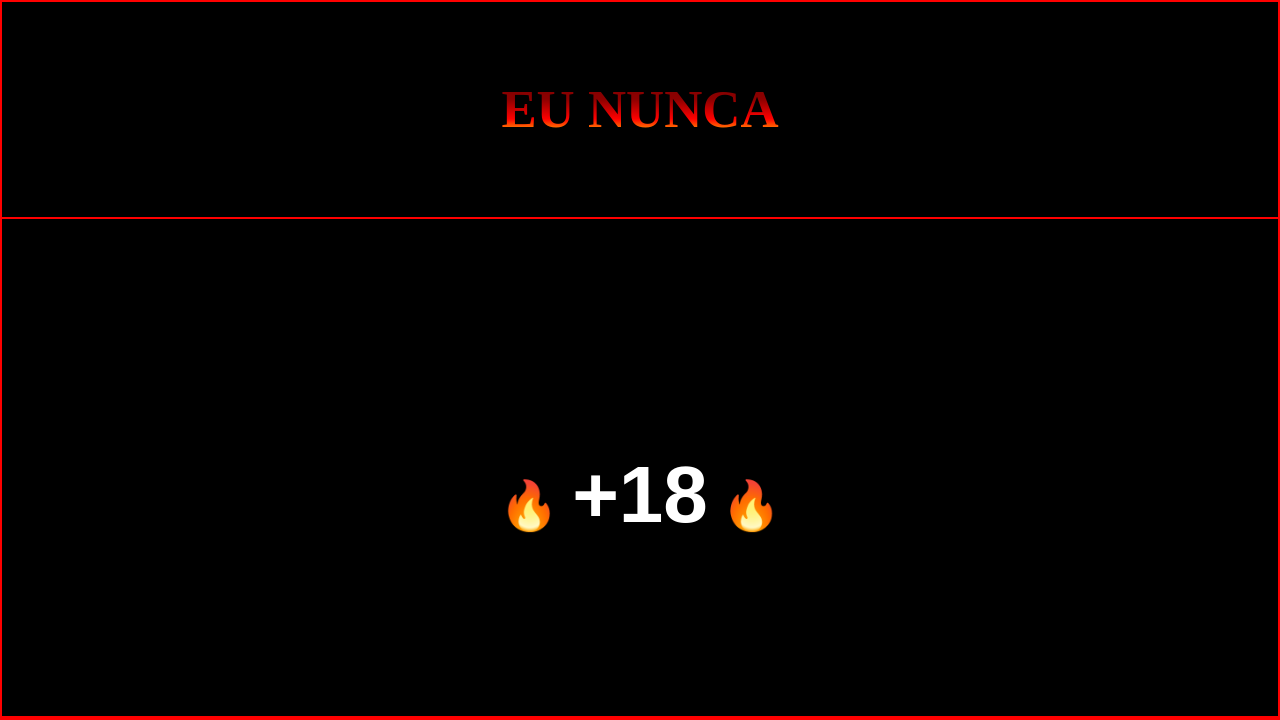
Repository: odiloalmeida/inever
Page: index.html
These files come from the project's save history. The page is drawn as it stood at one moment and after the next save; the edit follows.
The browser window is 1280 px wide. The pictures show the whole page.

Above is the page before, as saved 2023-01-31 22:30:29.

### index.html
<!DOCTYPE html>
<html lang="en">
<head>
    <meta charset="UTF-8">
    <meta http-equiv="X-UA-Compatible" content="IE=edge">
    <meta name="viewport" content="width=device-width, initial-scale=1.0">
    <link rel="icon" type="image/svg+xml" href="https://cdn-icons-png.flaticon.com/512/5181/5181956.png" />
    <link rel="stylesheet" href="./style.css">
    <title>18+ I Never</title>

</head>

<body>
    <div>
        <h1>EU NUNCA</h1>
    </div>
    <button id="myButton" onclick="changeButtonName()">
        <br>
        <span3>&#128293</span3>
        <span2>+18</span2>
        <span3>&#128293</span3>
    </button>
</body>

<script>

    function changeButtonName() {
        var button = document.getElementById("myButton");

        var names = ["Beijei alguém dessa turma",
        "Senti atração por alguém dessa turma",
        "Tomei banho pelado na praia/piscina",
        "Fiquei com um professor",
        "Fiquei com um amigo e me arrependi",
        "Fiquei com um amigo e não disse pra ninguém",
        "Menti sobre ter ficado com uma pessoa",
        "Bebi tanto que beijei alguém que não queria",
        "Bebi tanto que esqueci tudo no outro dia",
        "Vi um nudes de alguém dessa turma",
        "Desejei o namorado(a) de um amigo",
        "Fiquei com alguém por interesse",
        "Acelerei o ato sexual por que o oral estava ruim",
        "Bebi pra ter coragem de chegar numa pessoa",
        "Transei na escola ou faculdade",
        "Transei no chão",
        "Fiz sexo oral enquanto a pessoa trabalhava",
        "Fiz sexo oral enquanto a pessoa dirigia",
        "Usei fantasias sexuais",
        "Usei plug anal",
        "Usei um vibrador",
        "Fiquei com alguém depois neguei pra todo mundo",
        "Disse pra uma pessoa que a amava sem amar",
        "Transei no carro",
        "Broxei no meio do ato sexual",
        "Desisti de ficar com uma pessoa por que ela estava fedendo",
        "Fui chupar e estava fedendo muito e desisti",
        "Me masturbei depois do ato sexual por que não conseguir “chegar lá” com o parceiro",
        "Fiquei com dois amigos ao mesmo tempo sem eles saberem",
        "Parei o ato sexual para ir fazer xixi",
        "Fiz a chuca",
        "Transei na rua",
        "Paguei por sexo",
        "Fiz sexo por dinheiro",
        "Dei um beijo triplo",
        "Voltaria com um ex",
        "Fiquei com uma pessoa em um lugar e logo em seguida fui para outro lugar ficar com outra",
        "Tirei fotos pelado(a)",
        "Fiquei com alguém para fazer ciúme a outro",
        "Sofri por amor",
        "Sofri por ficante",
        "Espiei alguém tomando banho",
        "Tomei banho com alguém",
        "Enfiei o dedo no orifício de alguém (kkkk)",
        "Eu nunca fiquei com um amigo do meu amigo eme arrependi",
        "Eu nunca tive uma DST",
        "Eu já desejei a mãe de um amigo",
        "Eu já desejei o pai de um amigo",
        "Já beixei alguém do mesmo sexo",
        "Já deixei chuparem minha porta dos fundos",
        "Já questionei a minha sexualidade",
        "Já fiz goldenshower",
        "Já desisti do sexo quando vi o tamanho do instrumento",
        "Fumei um",
        "Cheirei cocaina",
        "Usei LSD",
        "Passei comida no parceiro",
        "Troquei o nome da pessoa na hora H",
        "Fiquei com uma pensando em outra",
        "Fatei aula pra ficar com alguém",
        "Menti nesse jogo",
        "Disse que estava doente para nao transar",
        "Fiquei com professor",
        "Fiquei com alguém por gratidão",
        "Tive tara em mãos",
        "Tive tara em pés",
        "Tive tara em ruivas",
        "Fui amordaçado",
        "Fui algemado",
        "Fui chicoteado",
        "Bati de mais em alguém na hora H e fiquei com medo",
        "Vomitei na hora H",
        "Fiz sexo na praia",
        "Fiz sexo na moto",
        "Fiz sexo na bicicleta",
        "Chupei outro por tabela",
        "Fiz oral em um e depois beijei a boca de outro",
        "Transei com 2 ao mesmo tempo",
        "Transei com mais de 3 ao mesmo tempo",
        "Ja fiquei com duas pessoas do mesmo sexo, ao mesmo tempo",
        "Cherei loló",
        "Fumei cigarro",
        "Tive como alcoólico",
        "Tive amnésia alcoólica",
        "Dormi bebado no chão",
        "Mijei em mim, estando bebado",
        "Vomitei em mim, estando bebado",
        "Beijei alguém que eu odiava",
        "Fiquei com um Ex antigo e me arrependi (Foi horrível)",
        "Tive flashback com mais de um EX",
        "Tive um PA",
        "Fiquei com um(a) PM",
        "Subi numa mesa bebado",
        "Fiquei com alguém da boca podre",
        "Já caguei o pau (literalmente)",
        "Já cai de bicicleta",
        "Quebrei um osso (Beba uma dose por osso)",
        "Já talariquei mulher de amigo (Uma dose por mulher)",
        "Já talariquei marido de amiga (Uma dose por homem)",
        "Já beijei um mendigo",
        "Já fiz dentro do mar",
        "Ja fiz dentro do tanque",
        "Pedi alguém em casamento",
        "Já me juntei com conjugue",
        "Já fui CORNO(A)",
        "Atirei com arma de fogo",
        "Dê uma pausa de 15min, para não embriagar",
        "Durei menos de 2 min no sexo",
        "Fiz gosar em menos de 2min",
        "Pensei em me prostituir",
        "Tomei remédio TARJA PRETA",
        "Quando de maior, senti atração por 15-",
        "Dormi sujo",
        "Passei o dia sem tomar banho",
        "Passei dois dias sem tomar banho",
        "Passei mais de 36h acordado",
        "Levei pão de manhã para casa, após o rolê",
        "Bebi mais de 2L em uma noite",
        "Desejei minha cunhada",
        "Transei com alguém na escada",
        "Já botei atrás  depois na frente",
        "Cai da arvore",
        "Me feri gravemente",
        "Imaginei alguém dessa turma pelado",
        "Usei camisinha com sabores",
        "Limbei a bunda e olhei o papel higienico",
        "Transei no cinema",
        "Flertei com o garçom",
        "Beijei um primo(a)",
        "Transei com um primo(a)",
        "Sonhei que estava pelado em público",
        "Transei na chuva",
        "Dormir de conchinha na chuva",
        "Fiz punheta / siririca coletiva",
        "Me masturbei pensando em alguém da roda",
        "Vi nude de alguém da roda",
        "Enviei nude errado",
        "Peguei alguém no elevador",
        "Falei que o sexo foi bom, quando na verdade foi uma merda",
        "Gosei dentro com camisinha",
        "Conversando com o penis do meu namorado",
        "Fiz espanhola",
        "Transei com alguém que participou desse jogo agora",
        "Transei com um médico",
        "Transei com um entregador",
        "Transei com enfermeiro(a)",
        "Transei com Advogado(a)",
        "Transei com Fisioterapeuta",
        "Transei com agente de saúde",
        "Transei com personal trainer",
        "Fiz sexo rapido para dormir logo",
        "Transei numa contrução",
        "Transei numa casa abandonada",
        "Transei na rede",
        "Transei na cadeira",
        "Transei no sofá",
        "Transei em local público",
        "Tive sonhos eróticos com alguém dessa roda",
        "Fui em um motel e não transei",
        "Criei passarinho",
        "Chupei alguém com algum amigo vendo",
        "Fui voyeur",
        "Transei num posto de saúde",
        "Transei no quintal de casa",
        "Transei no telhado",
        "Terminei com uma pessoa por mensagem",
        "Terminaram comigo por mensagem",
        "Fiz Topless na praia",
        "Usei gelo na cama",
        "Usei halls na cama",
        "Sai sem calcinha para provocar alguém",
        "Malhei sem calcinha",
        "Fingi prazer",
        "Fingi simpatia para conquistar uma pessoa",
        "Fiz cosplay de rico",
        "Banquei a coitadinha para ganhar algo em troca",
        "Sai sem pagar a conta",
        "Levei o copo de um bar",
        "Caguei num banheiro quimico",
        "Dirigi bebado",
        "Ouvi alguém transando",
        "Fui pego me masturbando",
        "Fui pego na hora H pelos meus familiares ou amigos",
        "Transei assistindo porno",
        "Tive ressaca moral",
        "Chorei enquanto transava",
        "Pedi parar porque estava doendo",
        "Enforqueia até quase desmaiar",
        "Transei em uma banheira",
        "Beijei a pessoa querendo a do lado",
        "Beijei um feio(a)",
        "Beijei um(a) 10/10",
        "Nunca chupei dois ao mesmo tempo",
        "Matei aula para fumar um",
        "Matei aula para transar",
        "Quebrei uma cama enquanto transava",
        "Cai da cama enquanto transava",
        "Fiquei orgulhoso do meu desempenho",
        "Fiquei triste com meu desempenho",
        "Tentaram arrancar minh lingua",
        "Já beijei um desesperado, que quase me engole",
        "Bebi do copo de um estranho e tinha droga"




        ];

        var randomName = names[Math.floor(Math.random() * names.length)];
        button.innerHTML = randomName;
    }

</script>

</html>

### style.css
* {
    padding: 0;
    margin: 0;
    box-sizing: border-box;
}

body {
    width: 100vw;
    height: 100vh;
    background-color: #000;
    display: flex;
    flex-direction: column;
    align-items: center;
    justify-content: center;
    border: red 2px solid;
}

div {
    width: 100%;
    height: 30vh;
    display: flex;
    align-items: center;
    justify-content: center;
}

h1 {
    background-image: linear-gradient(to bottom,#800000,#8B0000, red, yellow);
    background-clip: text;
    -webkit-background-clip: text;
    -webkit-text-fill-color: transparent;
    color: black;
    font-size: 3.3rem;
    font-weight: 900;
}

button {
    background-color: transparent;
    height: 70vh;
    width: 100vw;
    border: red 2px solid;
    font-weight: bold;
    font-size: 3rem;
    padding: 5px;
    color: #f1f1f1;
}

button span2 {
    color: #fff;
    font-size: 5rem;
}

After the next save:
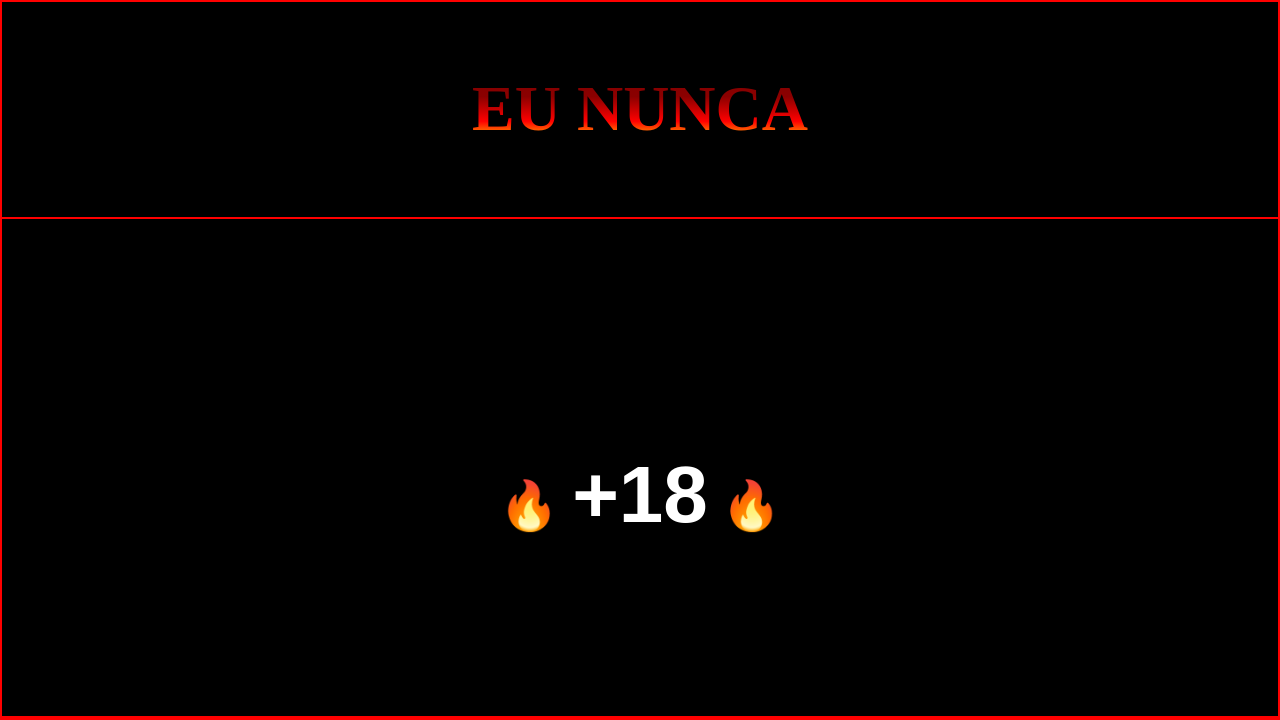
Saved 6 s later.
--- a/style.css
+++ b/style.css
@@ -29,7 +29,7 @@ h1 {
     -webkit-background-clip: text;
     -webkit-text-fill-color: transparent;
     color: black;
-    font-size: 3.3rem;
+    font-size: 4rem;
     font-weight: 900;
 }
 
